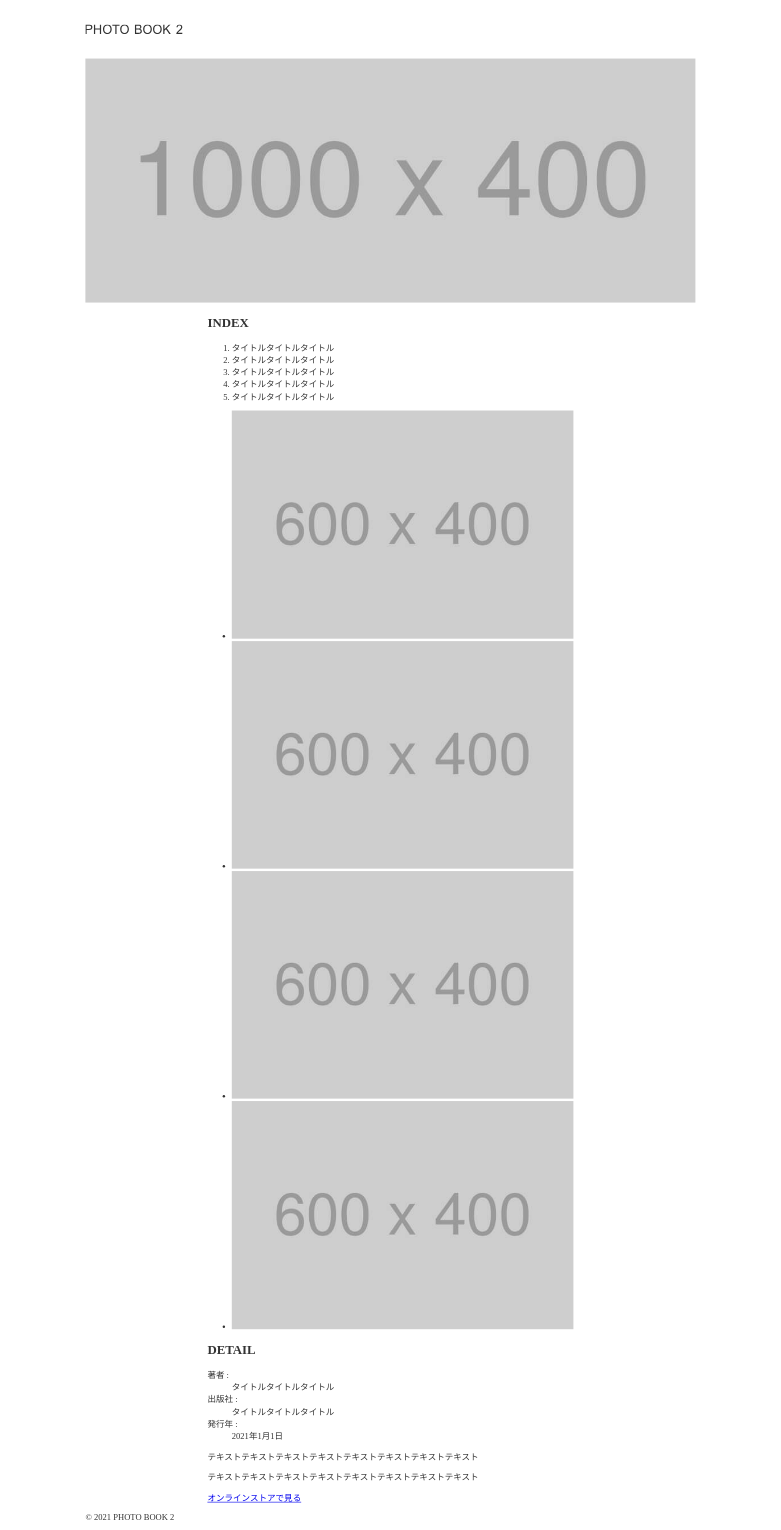
Repository: Fuki-san/photo-book-2
Page: http://localhost/photobook
An editor plug-in stored every save of this project. The page is shown before and after the next save, followed by the edit.
The browser window is 1280 px wide. The pictures show the whole page, at 61% of full size.
The page is served by the project's Laravel application, run on PHP 8.4 with Laravel 10.

Above is the page before, as saved 2023-11-30 11:42:38.

After the next save:
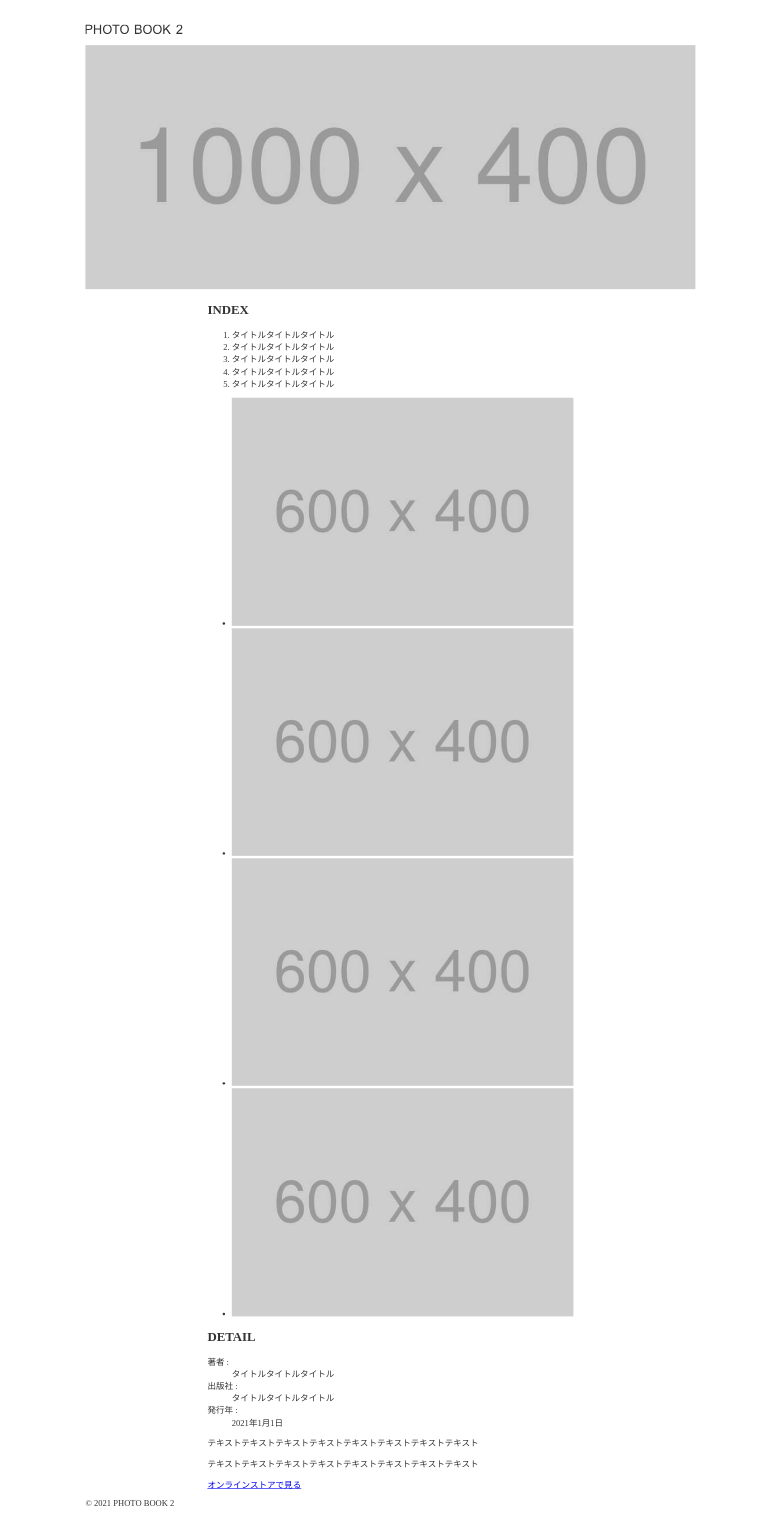
Saved 5 s later.
--- a/public/css/style.css
+++ b/public/css/style.css
@@ -21,7 +21,7 @@ img{
 
 /* header */
 #header{
-    margin: 40px 0 ;
+    margin: 40px 0 10px 0;
 }
 #header .site-title{
     width: 160px;
